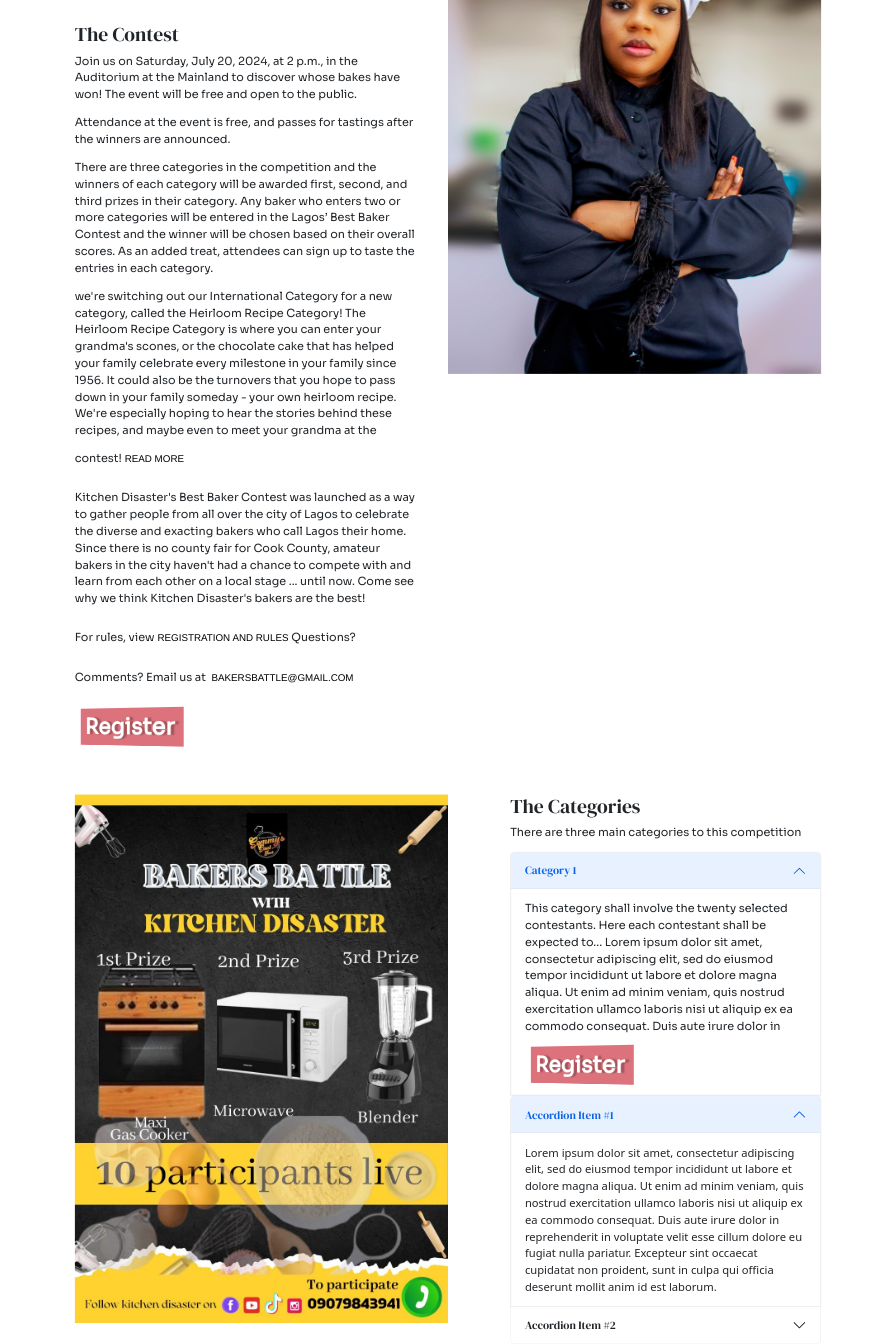
Repository: sarahnnanyelugo/bakers-battle
Page: /
An editor plug-in stored every save of this project. The page is shown before and after the next save, followed by the edit.
The browser window is 1280 px wide. The pictures show the part of the page from y = 973 to 2893 px (the page is 2893 px tall before and 2864 px after), at 70% of full size.
The project was rebuilt for these pictures with package versions that can differ from the ones it lists, and the page was loaded fresh each time. Also part of the build but not shown: src/components/ScreenSlide/slide.scss, src/components/ScreenSlide/ScreenSlide.js.

Above is the page before, as saved 2024-07-08 23:01:02.

After the next save:
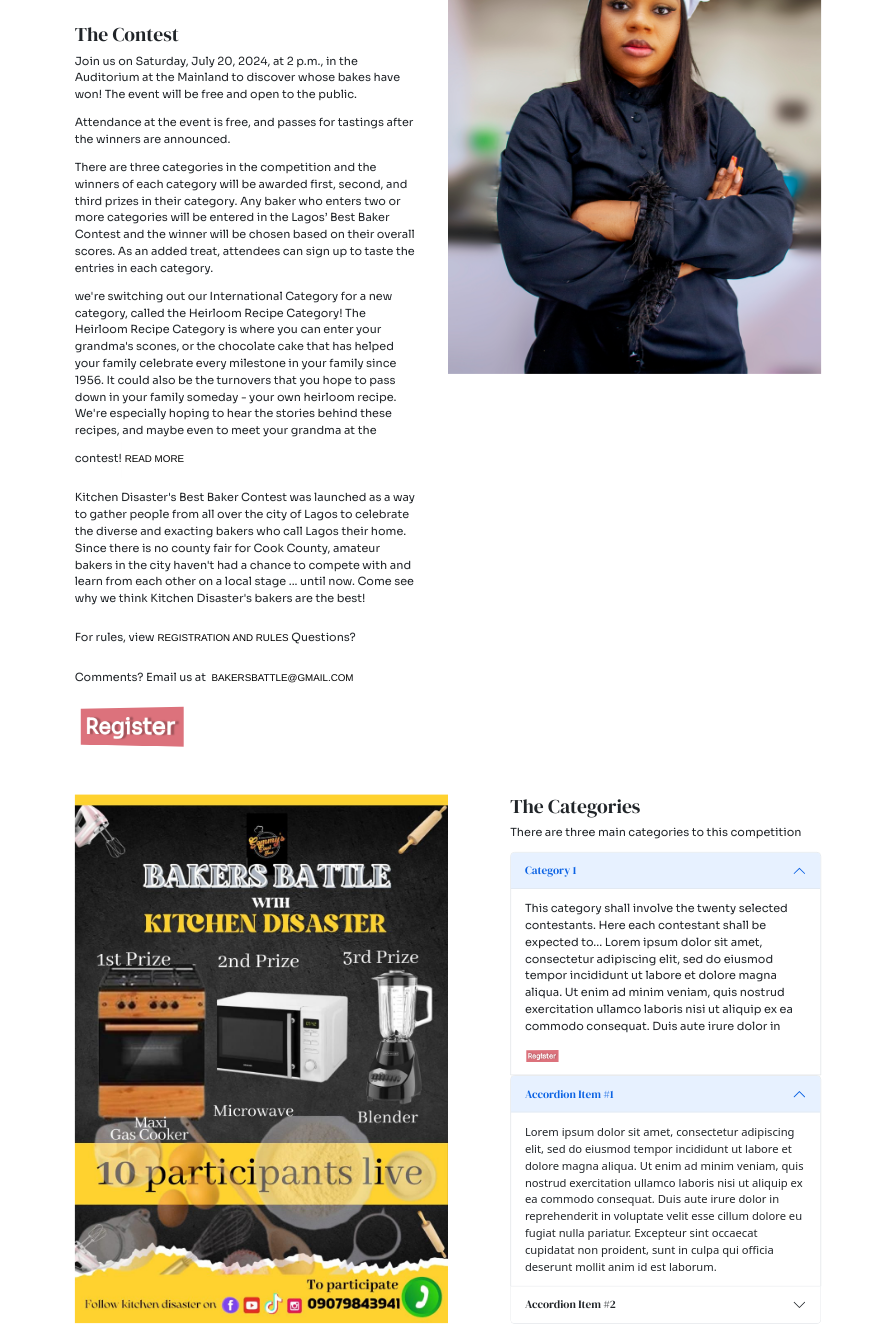
Saved 37 s later.
--- a/src/pages/Home/Home.js
+++ b/src/pages/Home/Home.js
@@ -113,7 +113,11 @@
                   </p>
                   <Link to={"/registration"}>
                     {" "}
-                    <button class="button-92" role="button">
+                    <button
+                      class="button-92"
+                      role="button"
+                      style={{ fontSize: "10px" }}
+                    >
                       Register
                     </button>
                   </Link>
